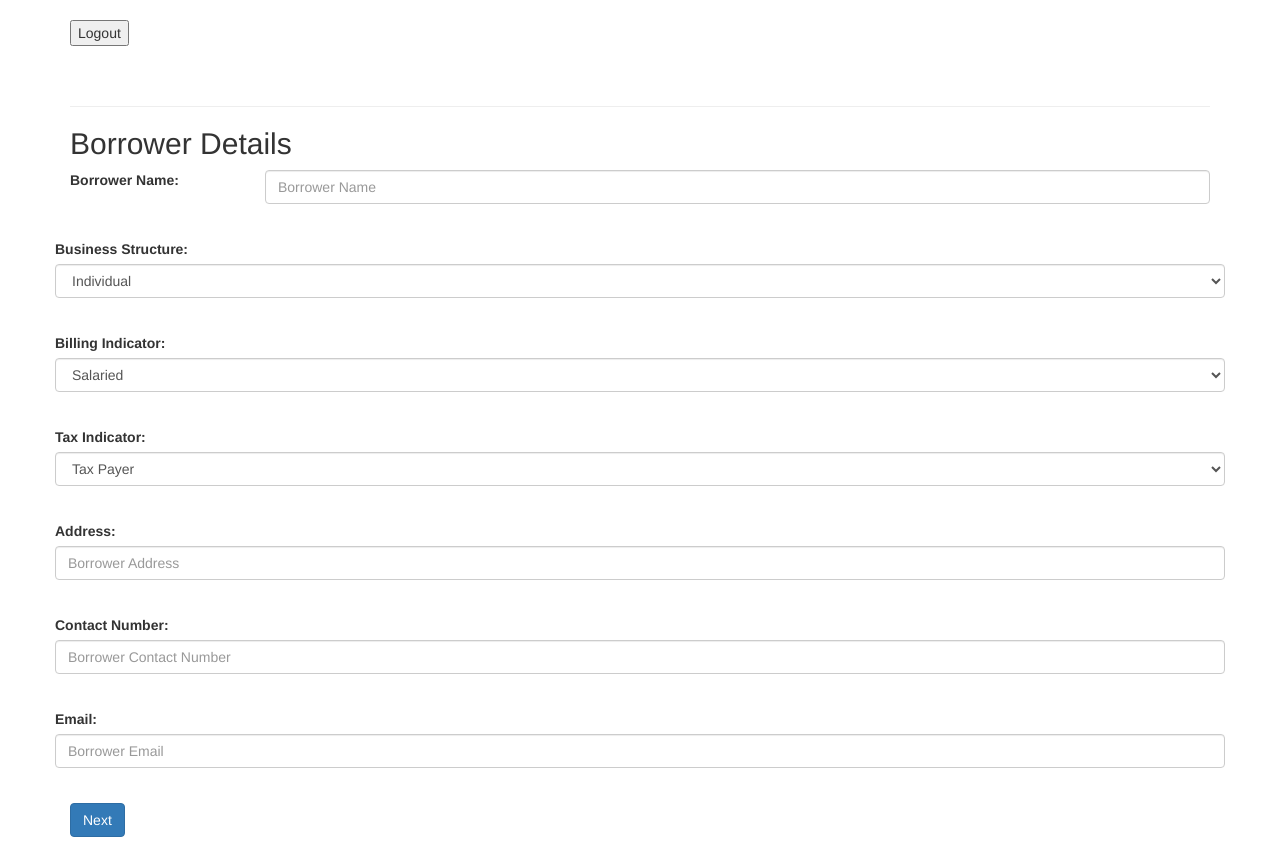
Repository: Bayvao/E-Loan-Project
Page: http://localhost/E-Loan-Project/WEB-INF/views/borrower-details-form.jsp
The author's editor kept a copy of each file at every save. The page is drawn from the files as they stood at one save, then again after the next save.
The browser window is 1280 px wide. The pictures show the whole page.
The page is served by Tomcat 9. Nobody is signed in. The template is opened directly, without the code that normally fills it, so the values that code supplies are empty.

Above is the page before, as saved 2020-07-20 12:40:23.

After the next save:
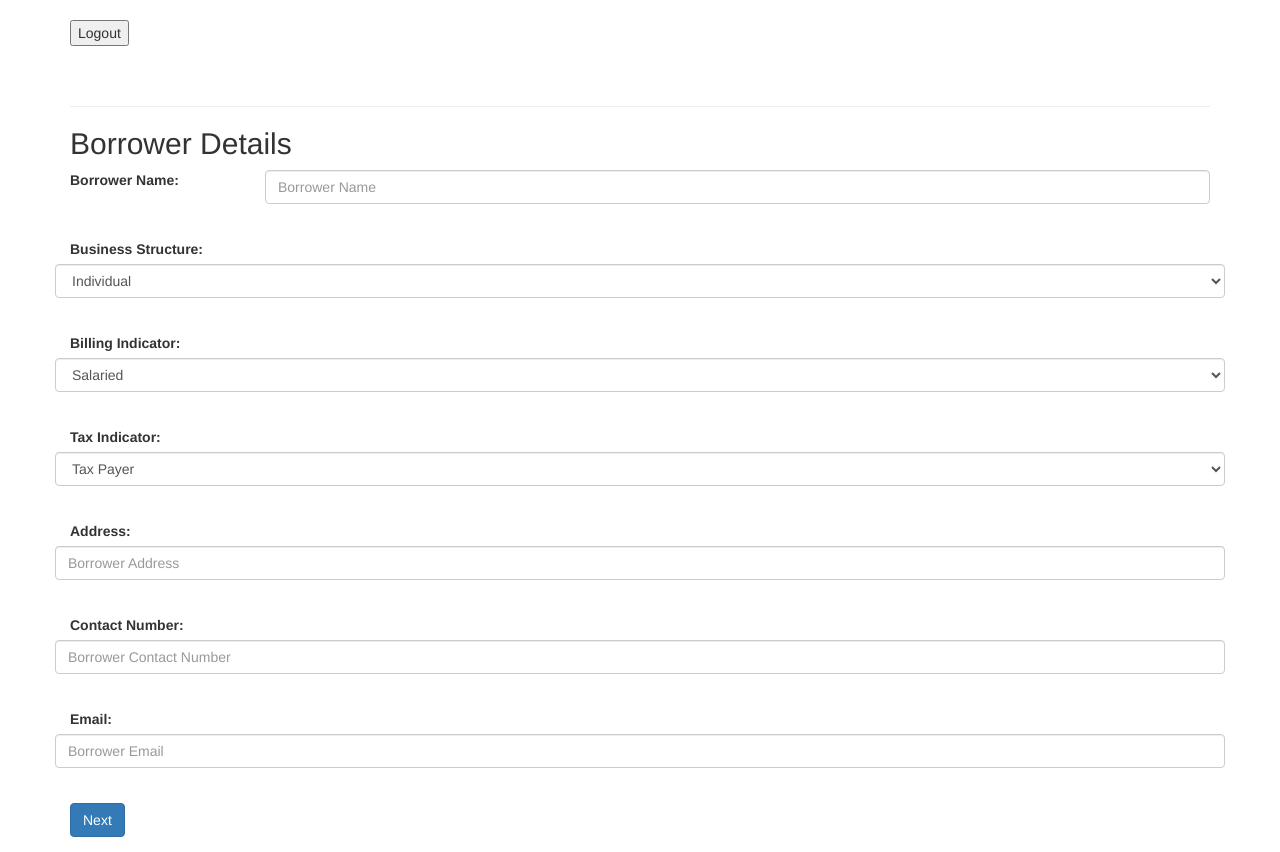
Saved 45 s later.
--- a/E-Loan-Project/src/main/webapp/WEB-INF/views/borrower-details-form.jsp
+++ b/E-Loan-Project/src/main/webapp/WEB-INF/views/borrower-details-form.jsp
@@ -61,7 +61,7 @@
 			</div>
 			<br>
 			<div class="form-group row">
-				<label>Business Structure: </label>
+				<label class="col-sm-2 col-form-label">Business Structure: </label>
 				<form:select path="bStructure" class="form-control">
 					<form:option value="Individual">Individual</form:option>
 					<form:option value="Organizational">Organizational</form:option>
@@ -70,7 +70,7 @@
 			</div>
 			<br>
 			<div class="form-group row">
-				<label>Billing Indicator: </label>
+				<label class="col-sm-2 col-form-label">Billing Indicator: </label>
 				<form:select path="bIndicator" class="form-control">
 					<form:option value="Salaried">Salaried</form:option>
 					<form:option value="Non-Salaried">Non-Salaried</form:option>
@@ -79,7 +79,7 @@
 			</div>
 			<br>
 			<div class="form-group row">
-				<label>Tax Indicator: </label>
+				<label class="col-sm-2 col-form-label">Tax Indicator: </label>
 				<form:select path="tIndicator" class="form-control">
 					<form:option value="Tax Payer">Tax Payer</form:option>
 					<form:option value="Not Tax Payer">Non Tax Payer</form:option>
@@ -88,21 +88,21 @@
 			</div>
 			<br>
 			<div class="form-group row">
-				<label>Address: </label>
+				<label class="col-sm-2 col-form-label">Address: </label>
 				<form:input path="bAddress" placeholder="Borrower Address"
 					class="form-control" />
 				<form:errors path="bAddress" cssClass="error" />
 			</div>
 			<br>
 			<div class="form-group row">
-				<label>Contact Number: </label>
+				<label class="col-sm-2 col-form-label">Contact Number: </label>
 				<form:input path="bContactNo" placeholder="Borrower Contact Number"
 					class="form-control" />
 				<form:errors path="bContactNo" cssClass="error" />
 			</div>
 			<br>
 			<div class="form-group row">
-				<label>Email: </label>
+				<label class="col-sm-2 col-form-label">Email: </label>
 				<form:input path="bEmail" placeholder="Borrower Email"
 					class="form-control" />
 				<form:errors path="bEmail" cssClass="error" />
